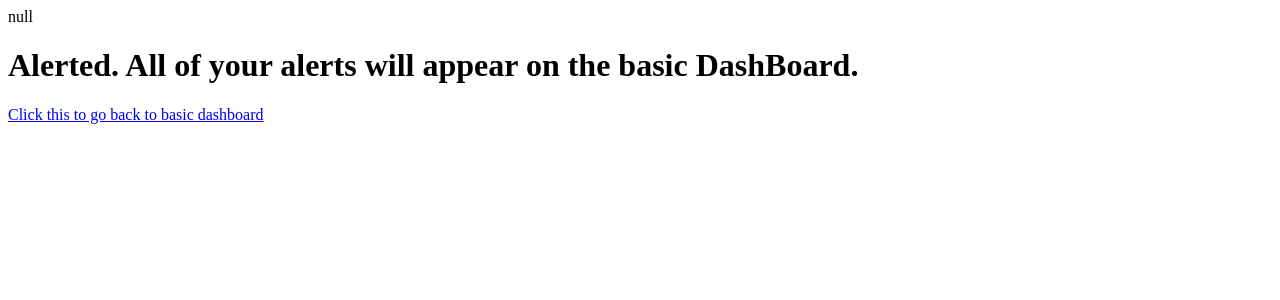
Repository: nicholaschiarulli/AuctionWebApp
Page: http://localhost/cs336Final/alert.jsp
An editor plug-in stored every save of this project. The page is shown before and after the next save, followed by the edit.
The browser window is 1280 px wide. The pictures show the whole page.
The page is served by Tomcat 9.

Above is the page before, as saved 2019-04-10 04:40:38.

### cs336Final/WebContent/alert.jsp
<%@ page language="java" contentType="text/html; charset=ISO-8859-1"
pageEncoding="ISO-8859-1" import="com.cs336.pkg.*"%>
<%@ page import="java.io.*,java.util.*,java.sql.*"%>
<%@ page import="javax.servlet.http.*,javax.servlet.*"%>
<!DOCTYPE html PUBLIC "-//W3C//DTD HTML 4.01 Transitional//EN" "http://www.w3.org/TR/html4/loose.dtd">
<html>
<head>
<meta http-equiv="Content-Type" content="text/html; charset=ISO-8859-1">
<title>alert</title>
</head>
<body>
<%
String jewelryID_Param = request.getParameter("id");
out.print(jewelryID_Param);
try {
ApplicationDB db = new ApplicationDB();
Connection con = db.getConnection();
Statement stmt = con.createStatement();
jewelryID_Param = request.getParameter("id");
String email = ""+session.getAttribute("username");
String insert = "INSERT INTO alert values (?, ?);";
PreparedStatement ps = con.prepareStatement(insert);
ps.setString(1, email);
ps.setString(2, jewelryID_Param);
ps.executeUpdate();
out.print("<h1>Alerted. All of your alerts will appear on the basic DashBoard.</h1>");
con.close();
} catch (Exception ex) {
out.print("<h1>You have already placed an alert on this item</h1>");
}
%>
<p><a href='dash.jsp'>Click this to go back to basic dashboard</a></p>
</body>
</html>

### cs336Final/src/com/cs336/pkg/ApplicationDB.java
package com.cs336.pkg;

import java.sql.Connection;
import java.sql.DriverManager;
import java.sql.SQLException;

public class ApplicationDB {

	public ApplicationDB(){

	}

	public Connection getConnection(){

		//Create a connection string
		String connectionUrl = "jdbc:mysql://auctiondb.coab5jepywet.us-east-2.rds.amazonaws.com:3306/Auction";
		Connection connection = null;

		try {
			//Load JDBC driver - the interface standardizing the connection procedure. Look at WEB-INF\lib for a mysql connector jar file, otherwise it fails.
			Class.forName("com.mysql.jdbc.Driver").newInstance();
		} catch (InstantiationException e) {
			// TODO Auto-generated catch block
			e.printStackTrace();
		} catch (IllegalAccessException e) {
			// TODO Auto-generated catch block
			e.printStackTrace();
		} catch (ClassNotFoundException e) {
			// TODO Auto-generated catch block
			e.printStackTrace();
		}
		try {
			//Create a connection to your DB
			connection = DriverManager.getConnection(connectionUrl,"nickchiarulli", "QPfl87utzH0");
		} catch (SQLException e) {
			// TODO Auto-generated catch block
			e.printStackTrace();
		}

		return connection;

	}

	public void closeConnection(Connection connection){
		try {
			connection.close();
		} catch (SQLException e) {
			// TODO Auto-generated catch block
			e.printStackTrace();
		}
	}





	public static void main(String[] args) {
		ApplicationDB dao = new ApplicationDB();
		Connection connection = dao.getConnection();

		System.out.println(connection);
		dao.closeConnection(connection);
	}



}

### cs336Final/WebContent/css/index.css

body {
/* 	background-image: linear-gradient(to right, #ff6e7f , #bfe9ff) ;
 */  background-color: #e1e8f0;
  color: black;
  margin: 20px;
  padding: 20px;

}

/* .button {
  background-image: linear-gradient(to right, #77A1D3 , #79CBCA,#E684AE ) ;
  border: none;
  color: black;
  padding: 15px 32px;
  text-align: center;
  text-decoration: none;
  display: inline-block;
  width: 33%;
  font-size: 16px;

} */

.button {
  display: block;
width: 250px;
  border: none;
  background-color: #729fcf;
/* background-image: linear-gradient(to right, #77A1D3 , #79CBCA,#E684AE ) ; */
  padding: 10px 10px;
   font-size: 16px;

  cursor: pointer;

 text-align: center;
}

a {
  background-color: #729fcf;
  color: black;
  display: inline-block;
  text-decoration: none;
}

a:hover {
  background-color: #555;
}


.button1 {
  display: block;
width: 50px;
  border: none;
background-color: blue;
  padding: 10px 10px;
   font-size: 12px;
  cursor: pointer;
 text-align: center;
}

table {
  border-collapse: collapse;
  width: 100%;
}

th, td {
  text-align: left;
  padding: 8px;
}

tr:nth-child(even){background-color: #f2f2f2}

th {
  background-color:  #e1e8f0;
  color: black;
}
/* #form {
  display: block;
  width: 50%;
  border: none;
  font-size: 16px;
  cursor: pointer;
  text-align: center;
} */

After the next save:
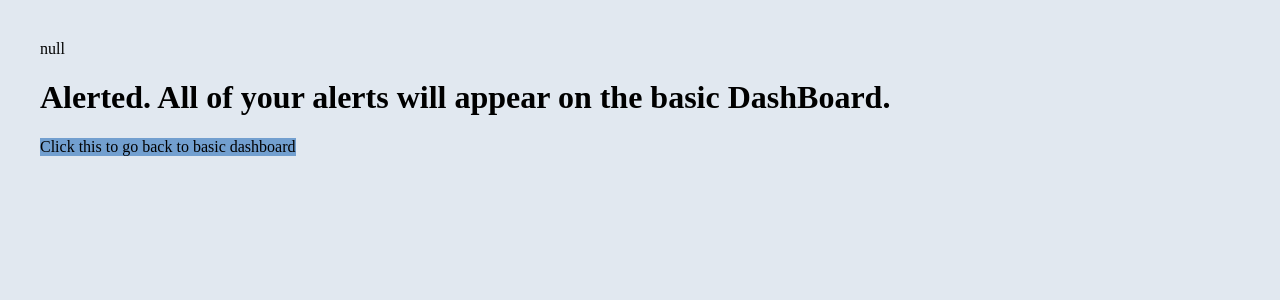
Saved 15 s later.
--- a/cs336Final/WebContent/alert.jsp
+++ b/cs336Final/WebContent/alert.jsp
@@ -6,6 +6,7 @@ pageEncoding="ISO-8859-1" import="com.cs336.pkg.*"%>
 <html>
 <head>
 <meta http-equiv="Content-Type" content="text/html; charset=ISO-8859-1">
+<link rel="stylesheet" type="text/css" href="css/index.css"/>
 <title>alert</title>
 </head>
 <body>
